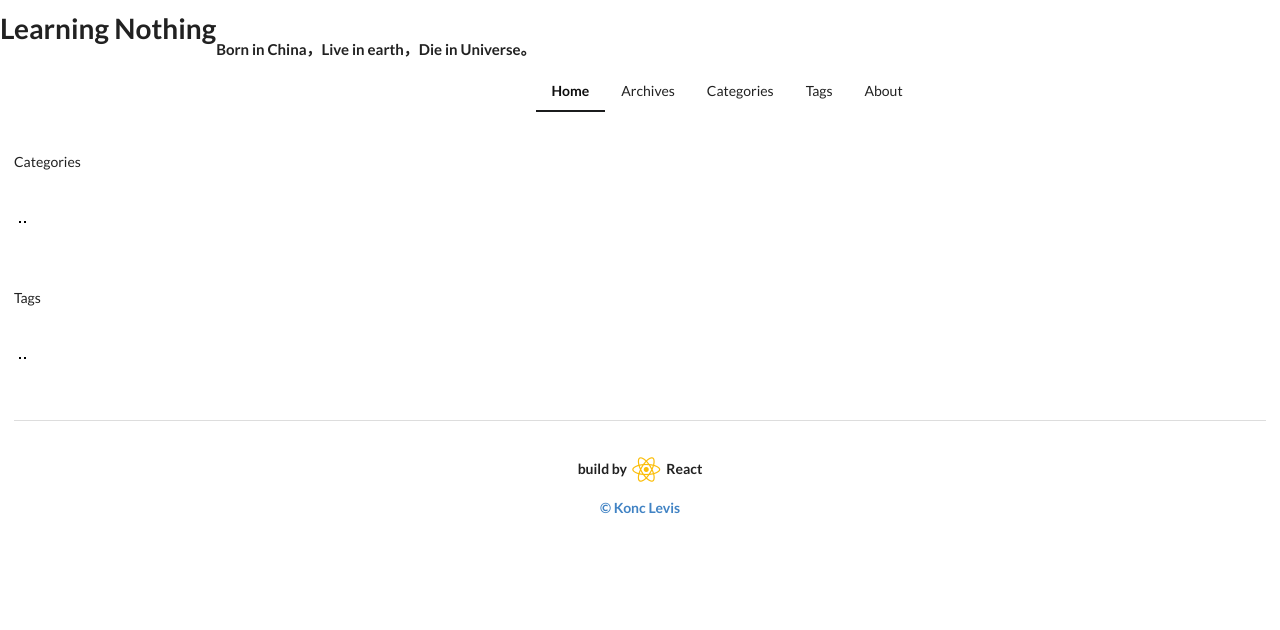
Repository: chu4j/my-spring-cloud-blog-frontend
Page: /
These files come from the project's save history. The page is drawn as it stood at one moment and after the next save; the edit follows.
The browser window is 1280 px wide. The pictures show the whole page.
The page's requests for data from a server got no answer. The project was rebuilt for these pictures with package versions that can differ from the ones it lists, and the page was loaded fresh each time. No one was signed in, and anything a server would have sent is missing. Also part of the build but not shown: src/components/Categories.jsx, src/components/FocusContent.jsx, src/css/App.css, src/components/owner/LoginForm.jsx, src/components/Tags.jsx, src/components/Timeline.jsx, src/components/TimelineHome.jsx.

Above is the page before, as saved 2021-02-24 11:38:11.

After the next save:
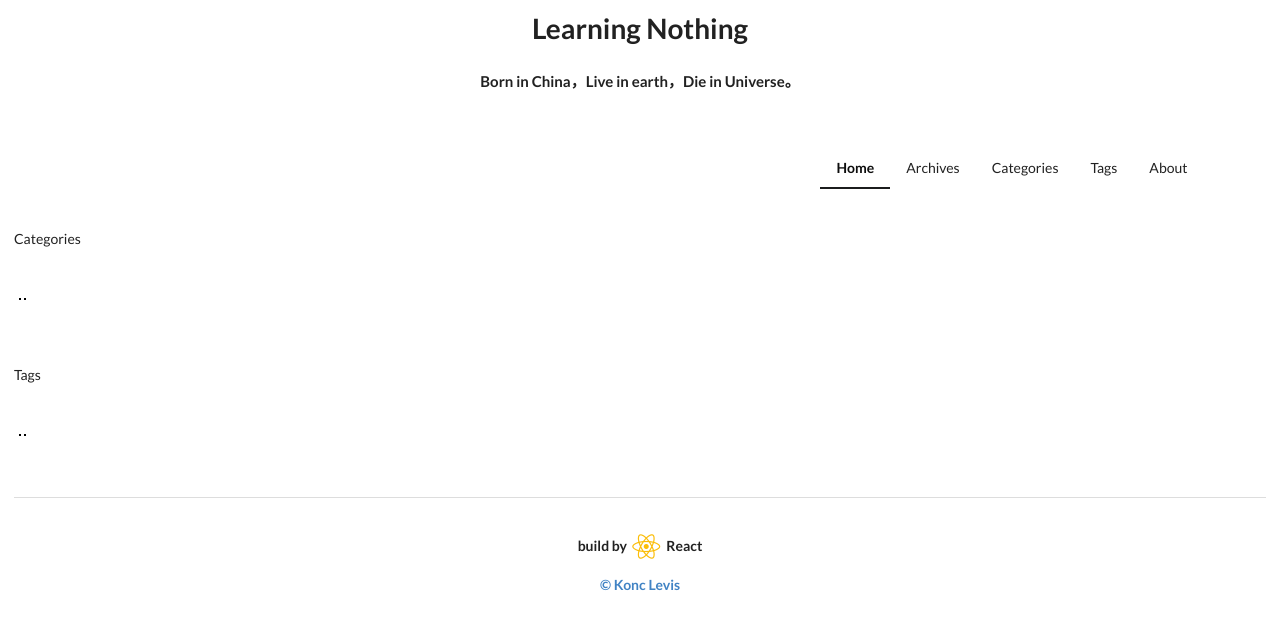
Saved 18 s later.
--- a/src/components/BlogHeader.jsx
+++ b/src/components/BlogHeader.jsx
@@ -1,5 +1,5 @@
 import React, { Component } from "react";
-import { Header, Menu, Visibility } from "semantic-ui-react";
+import { Container, Header, Menu, Visibility } from "semantic-ui-react";
 const menuStyle = {
   border: "none",
   borderRadius: 0,
@@ -56,12 +56,8 @@ class BlogHeader extends Component {
   render() {
     const { activeItem, menuFixed, overlayFixed, overlayRect } = this.state;
     return (
-      <>
-        <Header
-          as="h1"
-          content="Learning Nothing"
-          textAlign="center"
-        />
+      <Container>
+        <Header as="h1" content="Learning Nothing" textAlign="center" />
         <Header
           as="h4"
           content="Born in China，Live in earth，Die in Universe。"
@@ -125,7 +121,7 @@ class BlogHeader extends Component {
           onTopVisible={this.unStickOverlay}
           style={overlayFixed ? { ...overlayStyle, ...overlayRect } : {}}
         />
-      </>
+      </Container>
     );
   }
 }
